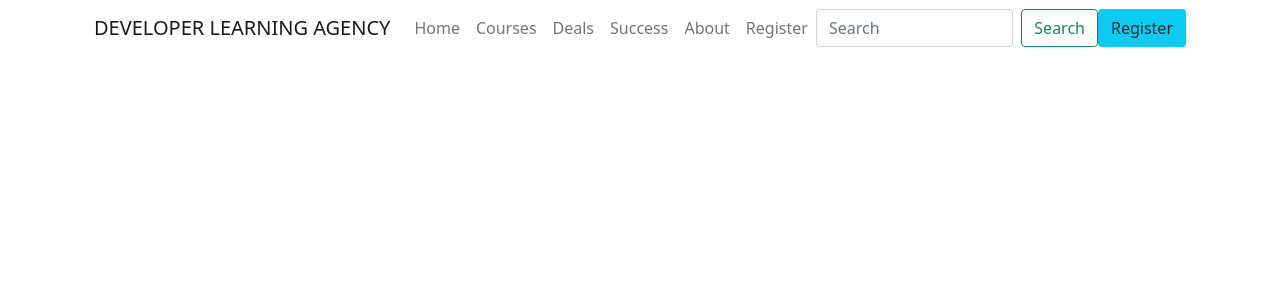
Repository: zjria/developer-learning-agency
Page: index.html
An editor plug-in stored every save of this project. The page is shown before and after the next save, followed by the edit.
The browser window is 1280 px wide. The pictures show the whole page.

Above is the page before, as saved 2022-10-11 10:41:26.

After the next save:
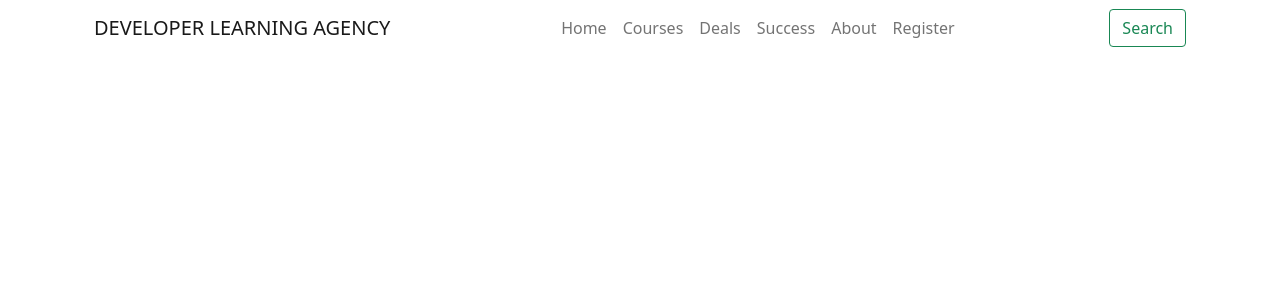
Saved 33 s later.
--- a/index.html
+++ b/index.html
@@ -52,11 +52,8 @@
                         </ul>
 
                         <form class="d-flex">
-                            <input class="form-control me-2" type="search" placeholder="Search" aria-label="Search">
                             <button class="btn btn-outline-success" type="submit">Search</button>
                         </form>
-
-                        <button type="button" class="btn bg-info">Register</button>
                     </div>
                 </div>
             </nav>
